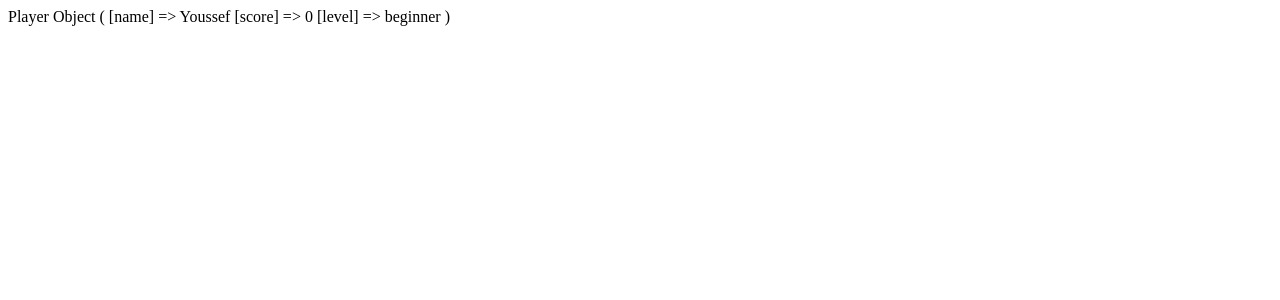
Repository: FS-23/php-getstarted
Page: http://localhost/oop/gamo.php
An editor plug-in stored every save of this project. The page is shown before and after the next save, followed by the edit.
The browser window is 1280 px wide. The pictures show the whole page.
The page is run by PHP 8.4 with error messages shown; the project is at /var/www/html/.

Above is the page before, as saved 2022-05-31 12:07:15.

After the next save:
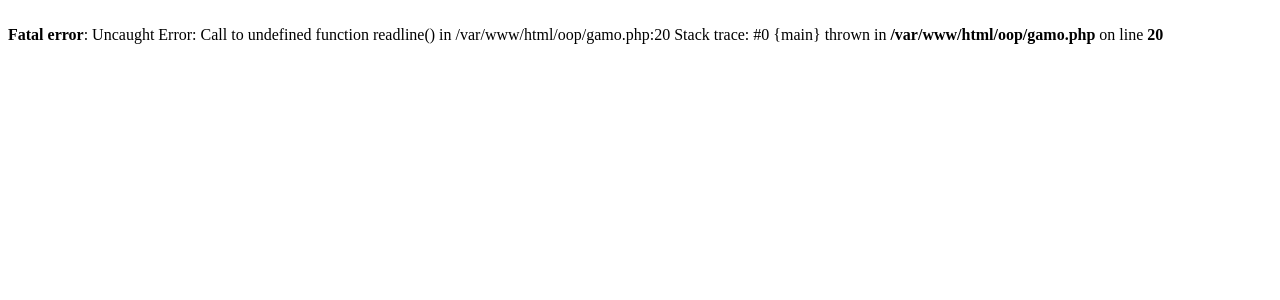
Saved 2 min 36 s later.
--- a/demoAPP/oop/gamo.php
+++ b/demoAPP/oop/gamo.php
@@ -17,7 +17,8 @@
   }
 
 
-  $play1 = new Player('Youssef');
+  $play1Name = readline("Nom du premier joueur");
+  $play1 = new Player($play1Name);
 
 
   print_r($play1);
